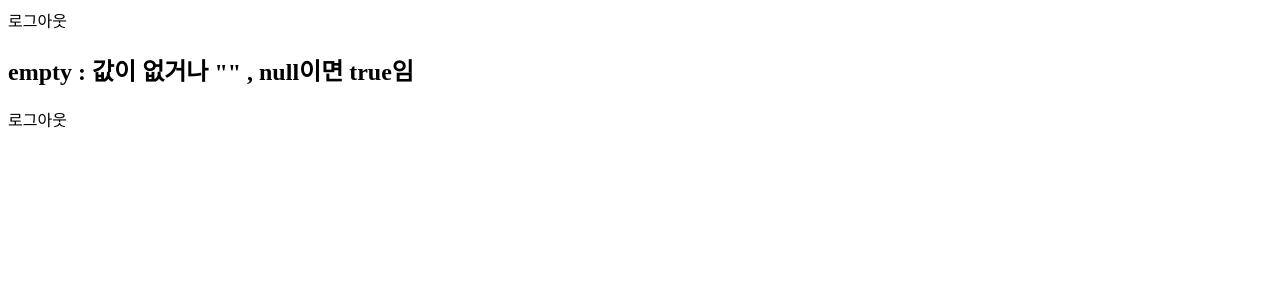
Repository: LeeJungHoon1/javaWeb
Page: http://localhost/ELprj0908/jstl4
The author's editor kept a copy of each file at every save. The page is drawn from the files as they stood at one save, then again after the next save.
The browser window is 1280 px wide. The pictures show the whole page.
The page is served by Tomcat 9. Other server files are loaded and not shown.

Above is the page before, as saved 2023-09-08 03:07:56.

### ELprj0908/src/main/webapp/WEB-INF/views/jstl4.jsp
<%@ page language="java" contentType="text/html; charset=UTF-8"
    pageEncoding="UTF-8"%>

    <%@ taglib uri="http://java.sun.com/jsp/jstl/core" prefix="c" %>
<!DOCTYPE html>
<html>
<head>
<meta charset="UTF-8">
<title>Insert title here</title>
</head>
<body>

<%
String id = (String)session.getAttribute("id");
if(id!=null){
%>
로그아웃
<%} else{%>
로그인
<%} %>

<h2>empty : 값이 없거나 "" , null이면 true임</h2>
<c:if test="${empty id}">로그인</c:if>
<c:if test="${not empty id}">로그아웃</c:if>






</body>
</html>

### ELprj0908/src/main/java/elprj/Jstl4.java
package elprj;

import java.io.IOException;

import javax.servlet.ServletException;
import javax.servlet.annotation.WebServlet;
import javax.servlet.http.HttpServlet;
import javax.servlet.http.HttpServletRequest;
import javax.servlet.http.HttpServletResponse;
import javax.servlet.http.HttpSession;

@WebServlet("/jstl4")
public class Jstl4 extends HttpServlet{

	@Override
	protected void doGet(HttpServletRequest req, HttpServletResponse resp) throws ServletException, IOException {

		HttpSession session = req.getSession();

		session.setAttribute("id","acorn01");

		req.getRequestDispatcher("WEB-INF/views/jstl4.jsp").forward(req,resp);

	}
}

After the next save:
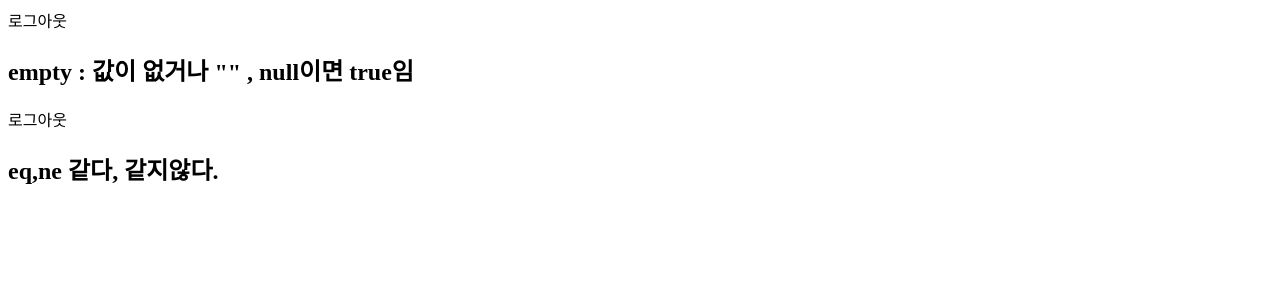
Saved 2 min 20 s later.
--- a/ELprj0908/src/main/webapp/WEB-INF/views/jstl4.jsp
+++ b/ELprj0908/src/main/webapp/WEB-INF/views/jstl4.jsp
@@ -24,7 +24,7 @@ if(id!=null){
 <c:if test="${not empty id}">로그아웃</c:if>
 
 
-
+<h2>eq,ne  같다, 같지않다.</h2>
 
 
 
